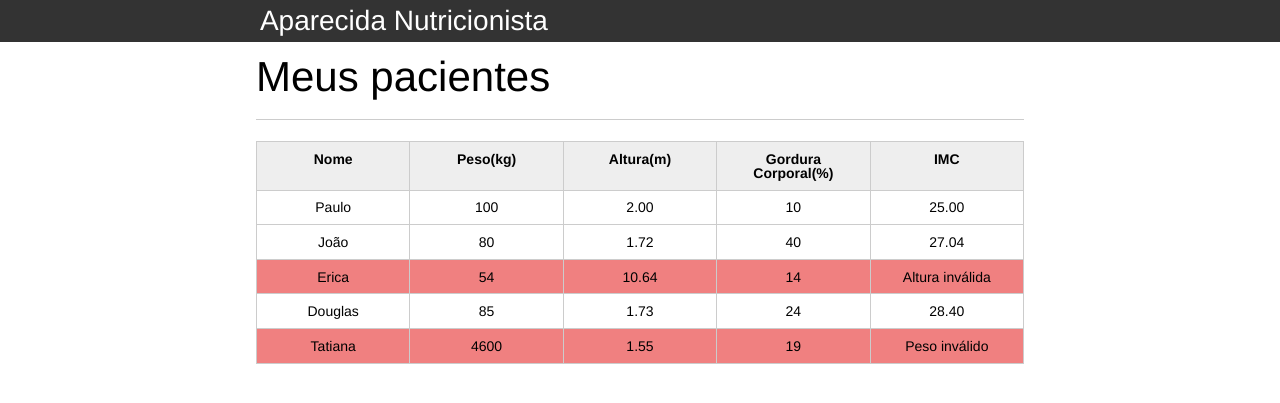
Repository: prof-fernando-alves/introducao-javascript
Page: index.html
An editor plug-in stored every save of this project. The page is shown before and after the next save, followed by the edit.
The browser window is 1280 px wide. The pictures show the whole page.

Above is the page before, as saved 2021-09-14 14:40:53.

### index.html
<!DOCTYPE html>
<html lang="pt-br">
	<head>
		<meta charset="UTF-8">
		<title>Aparecida Nutrição</title>
		<link rel="icon" href="favicon.ico" type="image/x-icon">
		<link rel="stylesheet" type="text/css" href="css/reset.css">
		<link rel="stylesheet" type="text/css" href="css/index.css">

	</head>
	<body>

		<header>
			<div class="container">
				<h2 class="titulo">Aparecida Nutrição</h2>
			</div>
		</header>
		<main>
			<section class="container">
				<h2>Meus pacientes</h2>
				<table>
					<thead>
						<tr>
							<th>Nome</th>
							<th>Peso(kg)</th>
							<th>Altura(m)</th>
							<th>Gordura Corporal(%)</th>
							<th>IMC</th>
						</tr>
					</thead>
					<tbody id="tabela-pacientes">
						<tr class="paciente" id="primeiro-paciente">
							<td class="info-nome">Paulo</td>
							<td class="info-peso">100</td>
							<td class="info-altura">2.00</td>
							<td class="info-gordura">10</td>
							<td class="info-imc">0</td>
						</tr>

						<tr class="paciente" >
							<td class="info-nome">João</td>
							<td class="info-peso">80</td>
							<td class="info-altura">1.72</td>
							<td class="info-gordura">40</td>
							<td class="info-imc">0</td>
						</tr>

						<tr class="paciente" >
							<td class="info-nome">Erica</td>
							<td class="info-peso">54</td>
							<td class="info-altura">10.64</td>
							<td class="info-gordura">14</td>
							<td class="info-imc">0</td>
						</tr>

						<tr class="paciente">
							<td class="info-nome">Douglas</td>
							<td class="info-peso">85</td>
							<td class="info-altura">1.73</td>
							<td class="info-gordura">24</td>
							<td class="info-imc">0</td>
						</tr>
						<tr class="paciente" >
							<td class="info-nome">Tatiana</td>
							<td class="info-peso">4600</td>
							<td class="info-altura">1.55</td>
							<td class="info-gordura">19</td>
							<td class="info-imc">0</td>
						</tr>
					</tbody>
				</table>

			</section>
		</main>

		<script src="js/principal.js" ></script>

	</body>
</html>

### css/index.css
*{
	box-sizing: border-box;
 }

body{
	font-family: "Helvetica Neue", "Helvetica", Helvetica, Arial, sans-serif;
	font-size: 14px;
}

header{
	background-color: #333;
	height: 3em;
	color: #FFF;
	margin-bottom: 1em;
}

header h1{
	font-size: 2em;
	display:inline-block;
	vertical-align:	middle;
}
header h2{
	font-size: 2em;
	display:inline-block;
	vertical-align:	middle;
}

header .container:before{
	content: '';
	display:inline-block;
	height: 100%;
	vertical-align:	middle;
}

.container{
	width: 60%;
	height: 100%;
	margin: 0 auto;
}

section{
	margin: 2em 0;
	overflow: hidden;
}

section h2{
	font-size: 3em;
	display: block;
	padding-bottom: .5em;
	border-bottom: 1px solid #ccc;
	margin-bottom: .5em;
}

table{
	width: 100%;
	margin-bottom : .5em;
    table-layout: fixed;

}

td, th {
	padding: .7em;
	margin: 0;
	border: 1px solid #ccc;
	text-align: center;
}

th{
	font-weight: bold;
	background-color: #EEE;
}

label{
	color: #555;
	display: block;
	margin-bottom: .2em;
}

.campo{
	margin: 0;
	padding-bottom: 1em;
	width: 100%;
	border: 1px solid #ccc;
	padding: .7em;
	width: 100%;
}

.campo-medio{
	display: inline-block;
	padding-right: .5em;
}

.grupo{
	width: 32%;
	display: inline-block;
	padding: 10px 0px;
}

button{
	padding: .5em 2em;
	border: 0;
	border-bottom: 3px solid;
	font-size: 1.2em;
	cursor: pointer;
	margin: 0;
	margin-top: -3px;
	color: #fff;
	background-color:#0c8cd3;
	border-color: #04324c;
	width: 20%;
    display: block;
    clear: both;
    margin: 10px 0px;

}

button:active{
	margin-top:0px;
	border: 0;
}

button[disabled=disabled], button:disabled {
    background-color: gray;
	border-color: darkgray;

}

.adicionar-paciente{
    margin-top: 30px;
}

.campo-invalido{
	border: 1px solid red;
}

.paciente-invalido{
	background-color: lightcoral;
}

### js/principal.js
var titulo = document.querySelector(".titulo");
titulo.textContent = "Aparecida Nutricionista";

var pacientes = document.querySelectorAll(".paciente");

for (var i=0; i < pacientes.length; i++){
        var paciente = pacientes[i]

        var tdPeso = paciente.querySelector(".info-peso");
        var peso = tdPeso.textContent;

        var tdAltura = paciente.querySelector(".info-altura");
        var altura = tdAltura.textContent;

        var tdImc = paciente.querySelector(".info-imc");

        var pesoEhValido = true;
        var alturaEhValida = true;

        if (peso <= 0 || peso >= 1000) {
            console.log("Peso inválido!");
            pesoEhValido = false;
            tdImc.textContent = "Peso inválido";
            paciente.style.backgroundColor = "lightcoral"
        }

        if (altura <= 0 || altura >= 3.00) {
            console.log("Altura inválida!");
            alturaEhValida = false;
            tdImc.textContent = "Altura inválida";
            paciente.style.backgroundColor = "lightcoral"
        }

        if (pesoEhValido && alturaEhValida) {
            var imc = peso / (altura * altura);
            tdImc.textContent = imc.toFixed(2);
}
}

Loaded but not shown: css/reset.css (common file)

After the next save:
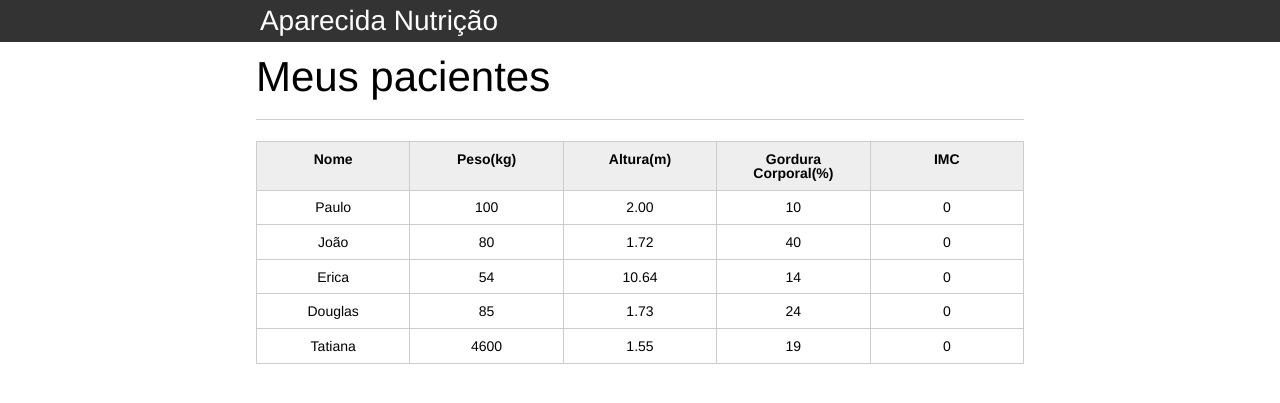
Console error: SyntaxError: Unexpected token '}'
Saved 20 s later.
--- a/js/principal.js
+++ b/js/principal.js
@@ -28,7 +28,7 @@
             console.log("Altura inválida!");
             alturaEhValida = false;
             tdImc.textContent = "Altura inválida";
-            paciente.style.backgroundColor = "lightcoral"
+            paciente.
         }
 
         if (pesoEhValido && alturaEhValida) {

After the 2 saves that followed:
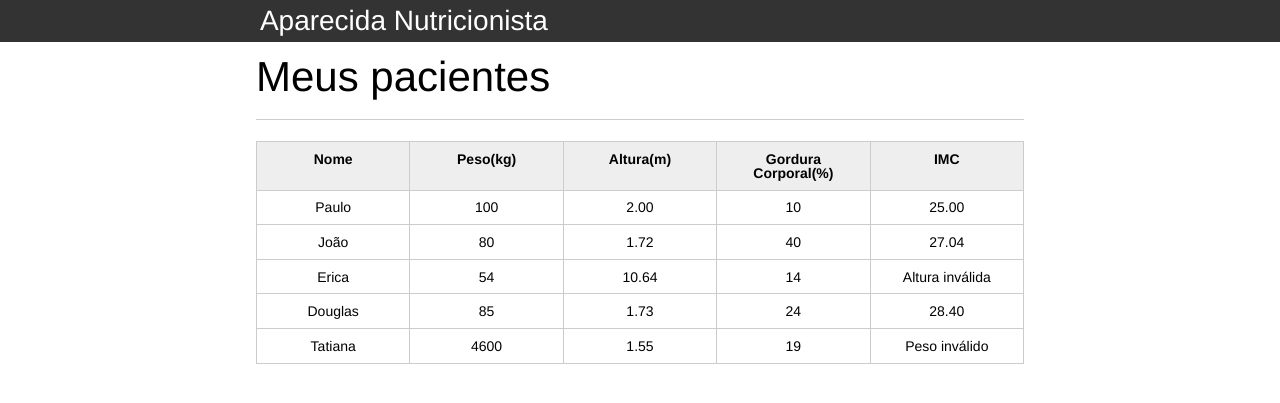
The error is gone.
The 2 saves are shown as one change because 1 left the picture as it was.
The last was saved 10 s later.
--- a/js/principal.js
+++ b/js/principal.js
@@ -21,14 +21,14 @@
             console.log("Peso inválido!");
             pesoEhValido = false;
             tdImc.textContent = "Peso inválido";
-            paciente.style.backgroundColor = "lightcoral"
+            paciente
         }
 
         if (altura <= 0 || altura >= 3.00) {
             console.log("Altura inválida!");
             alturaEhValida = false;
             tdImc.textContent = "Altura inválida";
-            paciente.
+
         }
 
         if (pesoEhValido && alturaEhValida) {
